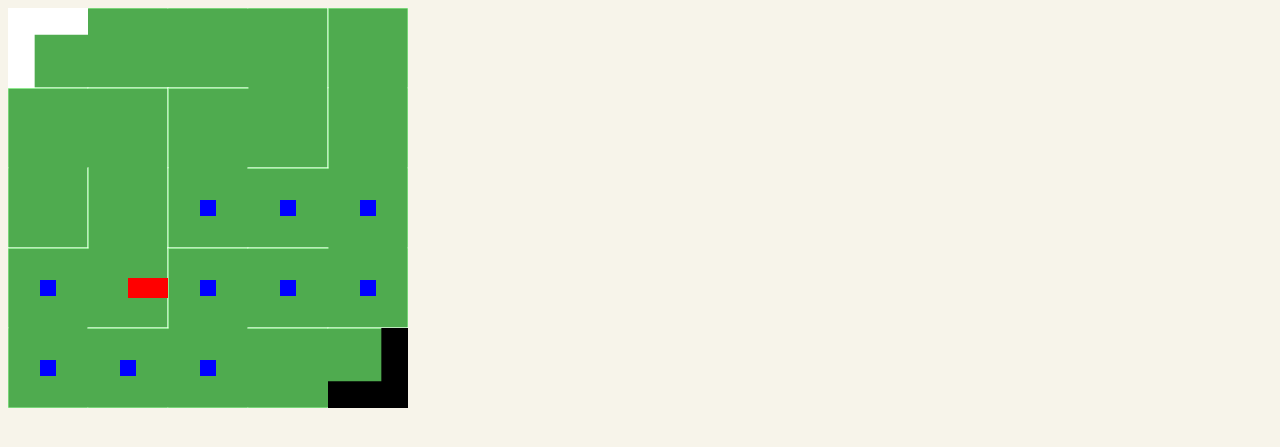
Repository: animarcus/maze-generator
Page: index.html
An editor plug-in stored every save of this project. The page is shown before and after the next save, followed by the edit.
The browser window is 1280 px wide. The pictures show the whole page.
Some web libraries are served in a nearby version.

Above is the page before, as saved 2020-09-12 20:03:25.

After the next save:
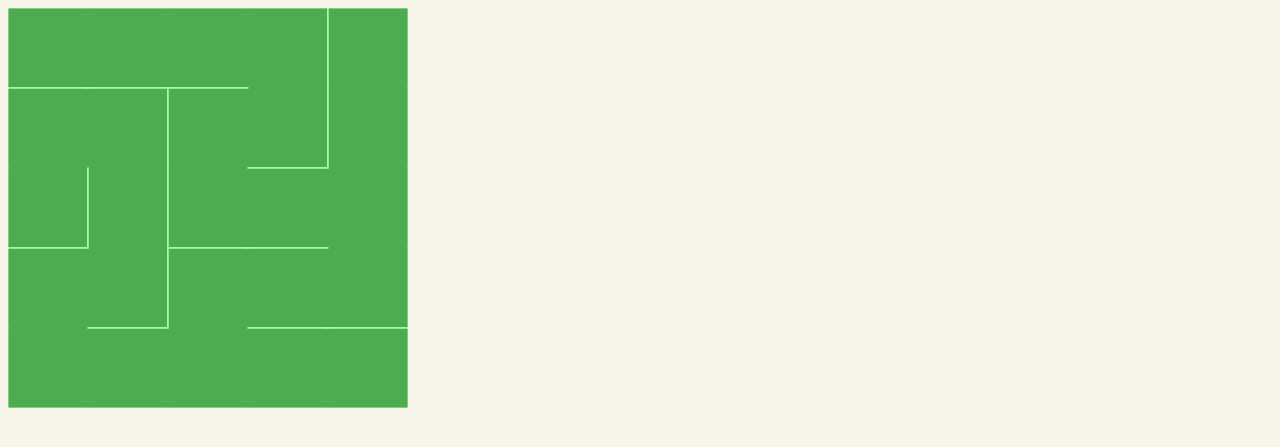
Saved 40 s later.
--- a/js/sketch.js
+++ b/js/sketch.js
@@ -45,9 +45,7 @@ function draw() {
   if (!generated) {
     maze.generateMaze();
   } else if (solveOK) {
-    if (solver.i === exitPoint[0] && solver.j === exitPoint[1]) {
-      solver.i = 0;
-      solver.j = 0;
+    if (solver.i !== exitPoint[0] && solver.j !== exitPoint[1]) {
     } else {
       maze.solveMaze();
     }
@@ -101,7 +99,6 @@ let maze = {
     console.log(" ");
     console.log(x, y);
     fill(color("blue"));
-    // x + w/2, y + w/2-w/8, w/2, w/4
     rect(x + w/2 - w/10, y + w/2-w/10, w/5, w/5);
   }
 };
